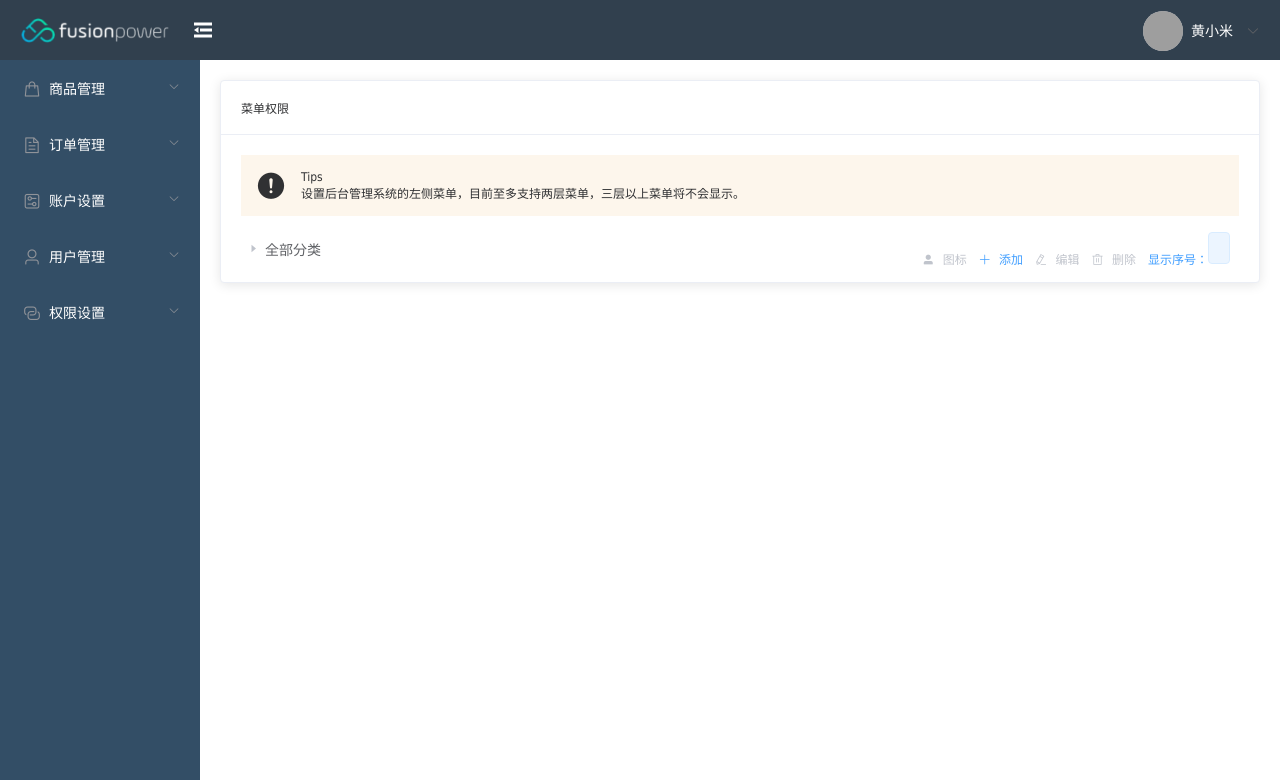
Repository: HanNing-cyber/vue-cms-project
Page: /#/auth/menu
These files come from the project's save history. The page is drawn as it stood at one moment and after the next save; the edit follows.
The browser window is 1280 px wide. The pictures show the whole page.
Pictures or frames that could not be fetched are drawn as grey boxes. The project was rebuilt for these pictures with package versions that can differ from the ones it lists, and the page was loaded fresh each time. Also part of the build but not shown: vue.config.js, src/views/Login.vue, src/views/Register.vue.

Above is the page before, as saved 2020-05-06 00:38:15.

### src/main.js
import Vue from 'vue'
import App from './App.vue'
import router from './router'
import store from './store'
import '@/plugins/element'
import '@/plugins/axios'

Vue.config.productionTip = false

new Vue({
  router,
  store,
  render: h => h(App)
}).$mount('#app')

### src/App.vue
<template>
  <div id="app">
    <router-view></router-view>
  </div>
</template>

<script>
export default {
  name: "app",
  components: {}
};
</script>

<style lang="less">
@import "./assets/css/reset.css";
.el-row {
  margin-bottom: 20px;
  &:last-child {
    margin-bottom: 0;
  }
}
.el-col {
  border-radius: 4px;
}
.bg-purple-dark {
  background: #99a9bf;
}
.bg-purple {
  background: #d3dce6;
}
.bg-purple-light {
  background: #e5e9f2;
}
.grid-content {
  border-radius: 4px;
  min-height: 36px;
}
.row-bg {
  padding: 10px 0;
  background-color: #f9fafc;
}
a{
  color: currentColor;
}
</style>

### src/router/index.js
import Vue from 'vue'
import VueRouter from 'vue-router'
import Login from "@/views/Login.vue";
import Register from "@/views/Register.vue";
import Layout from "@/components/Layout.vue";
import { Message} from 'element-ui'

Vue.use(VueRouter)

  const routes = [
  {
    path: '/',
    name: 'Login',
    alias: "/login",
    meta:{requiresAuth:false},
    component: Login,
  },
  {
    path: '/register',
    name: 'Register',
    meta:{requiresAuth:false},
    component: Register,
  },
  // 商品管理
  {
    path:'/goods',
    name:'Goods',
    component:Layout,
    children: [
      {
        path: "list",
        name: "GoodsList",
        meta:{requiresAuth:true},
        component: () => import("@/views/Goods/List.vue"),
      },
      {
        path: "release",
        name: "GoodsRelease",
        meta:{requiresAuth:true},
        component: () => import("@/views/Goods/Release.vue"),
      },
      {
        path: "category",
        name: "GoodsCategory",
        meta:{requiresAuth:true},
        props: true,
        component: () => import("@/views/Goods/Category.vue"),
      },
      {
        path: 'edit',
        name: 'GoodsEdit',
        // meta: { requiresAuth: true },
        component: () => import('@/views/Goods/Edit.vue')
      },
    ],
  },
  // 订单管理
  {
    path:'/order',
    name:'Order',
    component:Layout,
    children: [
      {
        path: "list",
        name: "OrderList",
        meta:{requiresAuth:true},
        component: () => import("@/views/Order/List.vue"),
      },
    ],
  },
  // 账户设置
  {
    path:'/admin',
    name:'Admin',
    component:Layout,
    children: [
      {
        path: "setting",
        name: "AdminSetting",
        meta:{requiresAuth:true},
        component: () => import("@/views/Admin/Setting.vue"),
      },
    ],
  },
  // 用户管理
  {
    path:'/user',
    name:'User',
    component:Layout,
    children: [
      {
        path: "list",
        name: "UserList",
        meta:{requiresAuth:true},
        component: () => import("@/views/User/List.vue"),
      },
    ],
  },
  // 权限管理
  {
    path:'/auth',
    name:'Auth',
    component:Layout,
    children: [
      {
        path: "role",
        name: "AuthRole",
        meta:{requiresAuth:true},
        component: () => import("@/views/Auth/Role.vue"),
      },
      {
        path: "menu",
        name: "AuthMenu",
        meta:{requiresAuth:true},
        component: () => import("@/views/Auth/Menu.vue"),
      },
    ],
  },
]

const router = new VueRouter({
  routes
})

export default router

### src/plugins/axios.js
import axios from 'axios';
import { Loading,Message } from 'element-ui';
// 路由实例
import router from '@/router/index'
// loading实例
let loading;
//设置默认参数
axios.defaults.baseURL='http://localhost:3003';

// 请求拦截器
axios.interceptors.request.use(function(config){
    // 开启loding
    loading=Loading.service({background:'rgba(0,0,0,0.7'});
    console.log(config);
    // 在发送请求之前，在headers头加token
    if(config.url=='/api/admin/login' || config.url=='/api/admin/register'){
        return config;
    }
    let token = sessionStorage.token;
    // 判断是否已经登录，拥有token
    // 没有token，提示用户，跳转登录页面
    if(!token){
        Message.error('token令牌失效，请重新登录！')
        setTimeout(()=>{
            router.replace('/login');
            loading.close();
        },2000);
        return;
    }
    // 拥有token，在headers头添加token
    config.headers.Authorization=`Bearer ${token}`;
    return config;
},function(error){
    // 对请求错误做些什么
    return Promise.reject(error);
})


axios.interceptors.response.use(function (response) {
    // 关闭loading
    loading.close();
    //在这里你可以判断后台返回数据携带的请求码
    if (response.status === 200) {
    return response.data
    }
    // else {
    // // 非200请求抱错
    // throw Error(response.data.msg || '服务异常')
    // }
}, function (error) {
    // 对响应错误做点什么
    return Promise.reject(error);
});

export default axios;

### src/assets/css/reset.css
/*version: 2.7.0 */

html,
body {
	color: #898989;
	background: #FFF;
	font-family: "Microsoft YaHei UI", "Microsoft YaHei UI Light", "微软雅黑", "宋体", Helvetica-Black-SemiBold, Tahoma, Arial, sans-serif;
	font-size: 12px;
}

body,
div,
dl,
dt,
dd,
ul,
ol,
li,
h1,
h2,
h3,
h4,
h5,
h6,
pre,
code,
form,
fieldset,
legend,
input,
button,
textarea,
p,
blockquote,
th {
	margin: 0;
	padding: 0;
}

table {
	border-collapse: collapse;
	border-spacing: 0;
}

fieldset {
	border: solid 1px #666;
}
/*取消img蓝框*/
img {
	border: 0;
}

address,
caption,
cite,
code,
dfn,
em,
strong,
th,
var,
optgroup {
	font-style: inherit;
	font-weight: inherit;
}

del,
ins {
	text-decoration: none;
}

li {
	list-style: none;
}

caption,
th {
	text-align: left;
}

h1,
h2,
h3,
h4,
h5,
h6 {
	font-weight: normal;
}

h2 {
	font-size: 16px;
}

h3 {
	font-size: 14px;
}

q:before,
q:after {
	content: '';
}

abbr,
acronym {
	border: 0;
	font-variant: normal;
}

sup {
	vertical-align: baseline;
}

sub {
	vertical-align: baseline;
}

legend {
	color: #000;
}

input,
button,
textarea,
select,
optgroup,
option {
	font-family: inherit;
	font-size: inherit;
	font-style: inherit;
	font-weight: inherit;
}

input,
button,
textarea,
select {
	*font-size: 100%;
}

strong {
	font-weight: bold;
}

em {
	font-style: italic;
}
/*取消链接下横线*/
a {
	color: #ffd200;;
	text-decoration: none;
}

a:hover {
	color: #666;
}

a:focus {
	outline: thin dotted;
}


/* 改善在所有浏览器中获取焦点和悬停时的可读性: h5bp.com/h */

a:hover,
a:active {
	outline: 0;
}

.fl {
	float: left;
}

.fr {
	float: right;
}

.clear {
	clear: both;
}

.clearfix {
	*zoom: 1;
}

.clearfix:before,
.clearfix:after {
	display: table;
	line-height: 0;
	content: "";
}

.clearfix:after {
	clear: both;
}

.container {
	width: 1200px;
	margin-right: auto;
	margin-left: auto;
	*zoom: 1;
}

.container:before,
.container:after {
	display: table;
	line-height: 0;
	content: "";
}

.container:after {
	clear: both;
}

### src/components/Layout.vue
<template>
  <el-container>
    <el-header>
      <Navbar></Navbar>
    </el-header>
    <el-container>
      <el-aside width="200px">
        <LeftMenu></LeftMenu>
      </el-aside>
      <el-main>
        <router-view></router-view>
      </el-main>
    </el-container>
  </el-container>
</template>

<script>
import LeftMenu from '@/components/LeftMenu.vue';
import Navbar from '@/components/Navbar.vue';
export default{
    components:{
        LeftMenu,
        Navbar,
    }
}
</script>

<style lang="less">
 .el-header, .el-footer {
    background-color: #31404E;
    color: white;
    line-height: 60px;
  }

  .el-aside {
    background-color: #334E66;
    color: #333;
    text-align: left;
    min-height: 100vh;
    .el-menu{
      border-right: 0;
    }
  }

  .el-main {
    background-color: white;
    color: #333;
  }

  body > .el-container {
    margin-bottom: 40px;
  }

  .el-container:nth-child(5) .el-aside,
  .el-container:nth-child(6) .el-aside {
    line-height: 260px;
  }

  .el-container:nth-child(7) .el-aside {
    line-height: 320px;
  }
</style>

### src/views/Auth/Menu.vue
<template>
	<div>
		<el-card class="box-card">
			<div slot="header" class="clearfix">
				<span>菜单权限</span>
			</div>
			<!-- <el-tree :data="data" :props="defaultProps" @node-click="handleNodeClick"></el-tree> -->
			<div class="custom-tree-container">
				<div class="tip-tag">
					<div class="left-tip"><i class="el-icon-warning" style="fontSize:30px"></i></div>
					<div class="right-tip">
						<div>Tips</div>
						<div>设置后台管理系统的左侧菜单，目前至多支持两层菜单，三层以上菜单将不会显示。</div>
					</div>
				</div>
				<div class="block">
					<!-- <el-tree ref="tree" lazy :props="defaultProps" :data="data"> -->
					<el-tree ref="tree" :load="loadNode" lazy :props="defaultProps" node-key="id">
						<span class="custom-tree-node" slot-scope="{ node, data }">
							<span>{{node.label }}</span>
							<span>
								<el-tooltip class="item" effect="light" content="Left Top 提示文字" placement="left-start">
									<el-button type="text" size="mini" icon="el-icon-user-solid" :disabled="node.level==1">
										图标
									</el-button>
								</el-tooltip>
								<el-button type="text" size="mini" icon="el-icon-plus" @click.stop="openInsertModal(node,data)">
									添加
								</el-button>
								<el-button type="text" size="mini" icon="el-icon-edit" :disabled="node.level==1" @click.stop="openEditModal(node,data)">
									编辑
								</el-button>
								<el-button type="text" size="mini" icon="el-icon-delete" @click.stop="openRemoveModal(node,data)" :disabled="node.level==1">
									删除
								</el-button>
								<el-button type="text" size="mini">
									<span class="sort">显示序号：</span>
									<el-tag class="tag">{{data.order}}</el-tag>
								</el-button>
							</span>
						</span>
					</el-tree>
				</div>
			</div>
		</el-card>
		<!-- 添加模态框 -->
		<el-dialog title="添加节点" :visible.sync="insertVisible" width="30%">
			<el-form ref="insertForm" :model="insertForm" :rules="rules" label-width="80px">
				<el-form-item label="菜单名称" prop="name">
					<el-input v-model="insertForm.name"></el-input>
				</el-form-item>
				<el-form-item label="链接地址" prop="path">
					<el-input v-model="insertForm.path" placeholder="指定此菜单的链接地址,可选填"></el-input>
				</el-form-item>
				<el-form-item label="显示顺序" prop="order">
					<el-input v-model="insertForm.order" placeholder="显示顺序按照数字大小,如:2001"></el-input>
				</el-form-item>
			</el-form>
			<span slot="footer" class="dialog-footer">
				<el-button @click="insertVisible = false">取 消</el-button>
				<el-button type="primary" @click="handleInsert('insertForm')">确 定</el-button>
			</span>
		</el-dialog>

		<!-- 编辑模态框 -->
		<el-dialog title="编辑节点" :visible.sync="editVisible" width="30%">
			<el-form ref="editForm" :model="editForm" :rules="rules" label-width="80px">
				<el-form-item label="菜单名称" prop="name">
					<el-input v-model="editForm.name"></el-input>
				</el-form-item>
				<el-form-item label="链接地址" prop="path">
					<el-input v-model="editForm.path" placeholder="指定此菜单的链接地址,可选填"></el-input>
				</el-form-item>
				<el-form-item label="显示顺序" prop="order">
					<el-input v-model="editForm.order" placeholder="显示顺序按照数字大小,如:2001"></el-input>
				</el-form-item>
			</el-form>
			<span slot="footer" class="dialog-footer">
				<el-button @click="editVisible = false">取 消</el-button>
				<el-button type="primary" @click="handleEdit('editForm')">确 定</el-button>
			</span>
		</el-dialog>
	</div>
</template>

<script>
	import { Auth } from '@/api/index.js'

	export default {
		data() {
			return {
				defaultProps: {
					label: 'name',
					children: "children",
				},
				insertForm: {
					name: '',
					pId: '',
					order: '',
				},
				editForm: {
					name: '',
					pId: '',
					order: '',
				},
				rules: {
					name: [
						{ required: true, message: '请输入分类名称', trigger: 'blur' },
					],
					order: [
						{ required: true, message: '请输入菜单顺序', trigger: 'blur' },
					]
				},
				nodeData: {}, //节点数据
				node: {}, //节点对象
				insertVisible: false,
				editVisible: false,
			}
		},
		methods: {
			async loadNode(node, resolve) {
				console.log(node);
				// 根节点
				if (node.level == 0) {
					return resolve([{ name: '全部分类', pId: 0 }]);
				}
				if (node.level == 1) {
					// 取出node.data里的数据
					let { status, data } = await Auth.subcate({ pId: 1 });
					if (status) {
						resolve(data);
					}
				}
				if (node.level == 2) {
					// 取出node.data里的数据
					let id = node.data.id;
					// let { pId } = node.data;
					let { status, data } = await Auth.subcate({ pId: id });
					if (status) {
						resolve(data);
					}
				}
			},
			// 删除
			openRemoveModal(node, data) {
				this.$confirm('确定要删除此分类吗?', { type: 'warning' })
					.then(async () => {
						// 发送ajax
						let id = node.data.id;
						let { status } = await Auth.del({ id }); //扩展运算符
						if (status) {
							// 界面上的数据删除
							this.$refs.tree.remove(data);
							this.$message.success('删除成功');
						} else {
							this.$message.error(msg);
						}
					});
			},
			// 添加
			openInsertModal(node, data) {
				console.log(data)
				// 转存了父级分类id
				this.insertForm.pId = data.pId + 1;
				// 转存 父类节点
				this.node = node;
				this.insertVisible = true;
			},
			handleInsert(formName) {
				this.$refs[formName].validate(async (valid) => {
					if (valid) {
						let { status, msg, data } = await Auth.insert({ ...this.insertForm }); //扩展运算符
						if (status) {
							// 关闭弹窗
							this.insertVisible = false;
							// 界面添加节点
							this.$refs.tree.append({ ...this.insertForm, ...data }, this.node);
						}
					}
				});
			},
			// 编辑
			openEditModal(node, data) {
				// 转存节点对象
				this.node = node;
				this.editForm = { ...data };
				this.editVisible = true;
			},
			handleEdit(formName) {
				this.$refs[formName].validate(async (valid) => {
					if (valid) {
						let { status, msg } = await Auth.Edit({ ...this.editForm }); //扩展运算符
						if (status) {
							this.$message.success(msg);
							// 关闭弹窗
							this.editVisible = false;
							// 更新节点
							this.node.data = this.editForm;
						} else {
							this.$message.error(msg);
						}
					}
				});
			}
		},
	}
</script>

<style lang="less" scoped>
	.custom-tree-node {
		flex: 1;
		display: flex;
		align-items: center;
		justify-content: space-between;
		font-size: 14px;
		padding-right: 8px;
	}

	.xu {
		font-size: 12px;
		padding-left: 10px;
	}
	.tip-tag{
		background-color: #FDF6EC;
		padding: 15px;
		margin-bottom: 20px;
		display: flex;
		justify-content: flex-start;
		align-items: center;

		.right-tip{
			margin-left: 15px;
		}
	}
</style>

### src/api/index.js
import Admin from './modules/admin';
import User from './modules/user';
import Login from './modules/login';
import Category from './modules/category';
import Goods from './modules/goods';
import Auth from './modules/auth';
import Order from './modules/order';
// import Upload from './modules/upload';
export {
    Admin,
    User,
    Login,
    Category,
    Goods,
    Auth,
    Order,
}

### src/components/LeftMenu.vue
<template>
  <el-menu router default-active="2" class="el-menu-vertical-demo" background-color="#334E66" text-color="#fff" active-text-color="#ffd04b">
    <el-submenu index="1">
      <template slot="title">
        <i class="el-icon-goods"></i>
        <span slot="title">商品管理</span>
      </template>
      <el-menu-item index="/goods/category">商品分类</el-menu-item>
      <el-menu-item index="/goods/release">发布商品</el-menu-item>
      <el-menu-item index="/goods/list">商品列表</el-menu-item>
    </el-submenu>
    <el-submenu index="2">
      <template slot="title">
        <i class="el-icon-document"></i>
        <span slot="title">订单管理</span>
      </template>
      <el-menu-item index="/order/list">订单列表</el-menu-item>
    </el-submenu>
    <el-submenu index="3">
      <template slot="title">
        <i class="el-icon-set-up"></i>
        <span slot="title">账户设置</span>
      </template>
      <el-menu-item index="/admin/setting">账户信息</el-menu-item>
    </el-submenu>
    <el-submenu index="4">
      <template slot="title">
        <i class="el-icon-user"></i>
        <span slot="title">用户管理</span>
      </template>
      <el-menu-item index="/user/list">用户列表</el-menu-item>
    </el-submenu>
    <el-submenu index="5">
      <template slot="title">
        <i class="el-icon-connection"></i>
        <span slot="title">权限设置</span>
      </template>
      <el-menu-item index="/auth/role">用户角色</el-menu-item>
      <el-menu-item index="/auth/menu">菜单权限</el-menu-item>
    </el-submenu>
  </el-menu>
</template>

<script></script>

<style lang="less" scoped>
body {
  overflow: hidden;

  .el-aside {
    height: 100vh;
  }
}
</style>

### src/components/Navbar.vue
<template>
  <div class="nav-bar">
    <div class="left">
      <div class="name">
        <img src="../assets/img/logo.png" alt="" width="150px">
      </div>
      <el-button type="text" class="icon-toggle" icon="el-icon-s-fold"></el-button>
    </div>
    <div class="right">
      <el-dropdown>
        <span class="el-dropdown-link">
          <el-avatar src="https://cube.elemecdn.com/0/88/03b0d39583f48206768a7534e55bcpng.png"></el-avatar>
          <span class="nickname">黄小米</span>
          <i class="el-icon-arrow-down el-icon--right"></i>
        </span>
        <el-dropdown-menu size="medium" slot="dropdown">
          <el-dropdown-item>消息</el-dropdown-item>
          <el-dropdown-item>设置</el-dropdown-item>
          <el-dropdown-item divided>退出</el-dropdown-item>
        </el-dropdown-menu>
      </el-dropdown>
    </div>
  </div>
</template>

<script>
export default {};
</script>

<style lang="less">
.nav-bar {
  display: flex;
  justify-content: space-between;
  align-items: center;
  padding: 5px 0;
  line-height: 0;

  .left {
    display: flex;
    align-items: center;

    .icon-toggle {
      font-size: 24px;
      margin-left: 20px;
      color: white;
    }
  }
  .right {
    .el-dropdown-link {
      display: flex;
      align-items: center;
    }
    .nickname {
      color: white;
      margin: 0 8px;
    }
  }
}
.el-dropdown-menu {
  width: 200px;
  background-color: #31404E;
}
</style>

### src/api/modules/admin.js
import axios from 'axios';

// // 管理员登陆

// //ES5写法
// // function login(data){
// //     return axios.post('/admin/login',data);
// // }

// // ES6写法
// let login = (data) => axios.post('/admin/login',data);
// let register = (data) => axios.post('/admin/register',data);
// let list = (data) => axios.get('/admin/list',{params:data});

// // 删除管理员
// let remove = (data) => axios.post('/admin/delete',{id:data});
// // 获取管理员资料

let info = (data) => axios.get('/api/admin',{params:data})

let edit = (data) => axios.post('/admin/info',data)
let subcate = (data) => axios.get('/api/role/list' , {params:data});
export default{
    info,
    edit,
    subcate,

}

### src/api/modules/user.js
import axios from 'axios';

// // 文章列表
let list = (data) => axios.get('/api/admin/list',{params:data});
let role = (data) => axios.get('/api/role/list', { params: data });
// // 删除用户
let remove = (id) => axios.delete('/api/admin' , {params:id});
// // 获取用户资料
// let info = (data) => axios.get('/user',{params:data});

// let edit = (id ,data ) => axios.put(`/user/${id}` ,data);

export default{
    list,
    role,
    remove,
//     info,
//     edit,
}

### src/api/modules/login.js
import axios from 'axios';



let login = (data) => axios.post('/api/admin/login',data);
let register = (data) => axios.post('/api/admin/register',data);

export default{
    login,
    register,

}

### src/api/modules/category.js
import axios from 'axios';
// 获取子级分类
let subcate = (data) => axios.get('/api/category/sub' , {params:data});
// 获取所有分类
let list= (data) => axios.get('/api/category/all' , {params:data});
// 添加分类
let insert = (data) => axios.post('/category/add' ,data)
// 删除分类
let remove = (id) => axios.delete('/api/category',{params:id});
// 编辑分类
let edit = (data) => axios.post('/category/edit',data)

export default{
    subcate,
    list,
    insert,
    remove,
    edit,
}

### src/api/modules/goods.js
import axios from 'axios';
// 获取子级分类
// let subcate = (data) => axios.get('/api/category/all' , {params:data});
// 获取所有分类
let list= (data) => axios.get('/api/admin/goods/list' , {params:data});
// // 添加分类
// let insert = (data) => axios.post('/category/add' ,data)
// // 删除分类
// let remove = (data) => axios.post('/category/delete',{id:data});
let remove = (id) => axios.delete('/api/admin/goods',{params:id});
// // 编辑分类
// let edit = (data) => axios.post('/category/edit',data)
// 发布新商品
let add = (data) => axios.post('/api/admin/goods',data);
// 发布新商品
let release = (data) => axios.post('/api/admin/goods', data);

export default{
    list,
    remove,
    release,
}

### src/api/modules/auth.js
import axios from 'axios';

// // 列表
let list = (data) => axios.get('/api/role/list', { params: data });
// //删除
// let remove = (id) => axios.delete(`/role/${id}`);
let remove = (id) => axios.delete('/api/menu',{params:id});
let menu = (data) => axios.get('/api/menu/sub', { params: data })
// //添加
let insert = (data) => axios.post('/api/menu', data);
// //编辑
// let edit = (id, data) => axios.put(`/role/${id}`, data);
export default {
	list,
	remove,
	menu,
	insert,
// 	edit
}

### src/api/modules/order.js
import axios from 'axios';

// 订单列表
let list = (data) => axios.get('/api/admin/order/list', { params: data })

export default {
	list,
}

Loaded but not shown: public/index.html (common file); src/store/index.js (common file); src/plugins/element.js (common file)

After the next save:
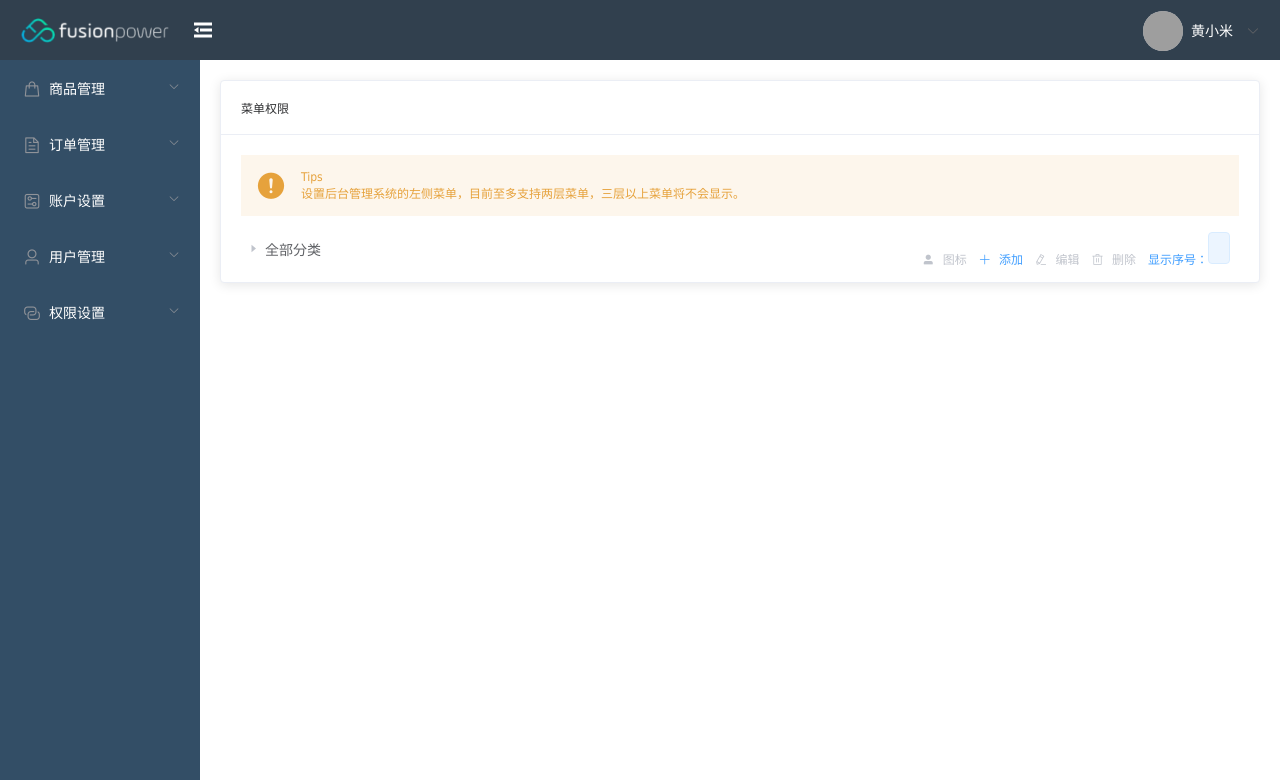
Saved 13 s later.
--- a/src/views/Auth/Menu.vue
+++ b/src/views/Auth/Menu.vue
@@ -223,6 +223,7 @@
 	.tip-tag{
 		background-color: #FDF6EC;
 		padding: 15px;
+		color: #E6A23C;
 		margin-bottom: 20px;
 		display: flex;
 		justify-content: flex-start;
